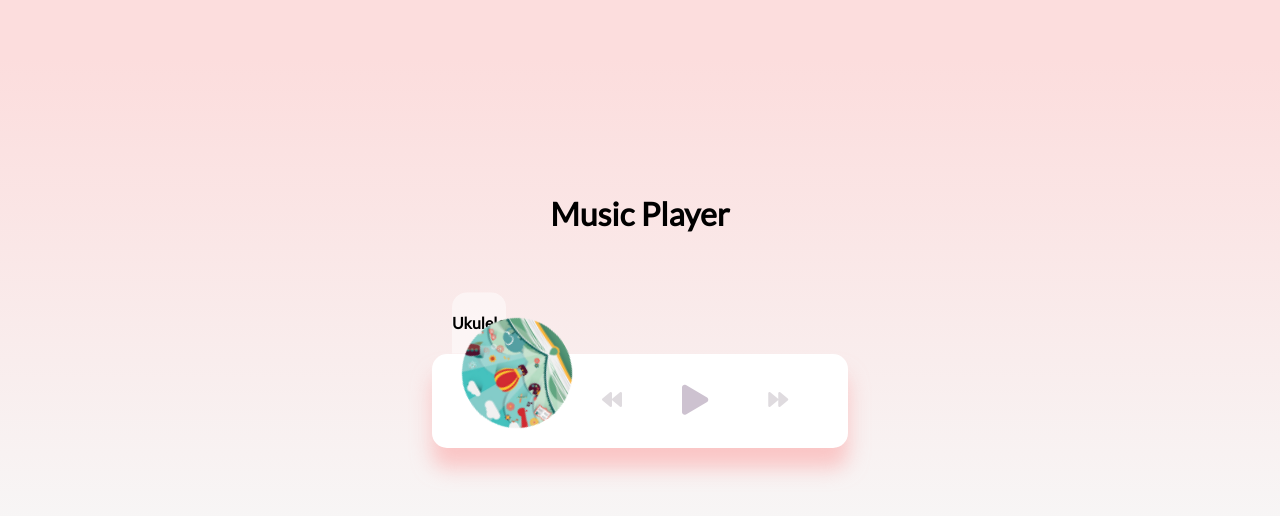
Repository: Youvelop/musicPlayer
Page: index.html
The author's editor kept a copy of each file at every save. The page is drawn from the files as they stood at one save, then again after the next save.
The browser window is 1280 px wide. The pictures show the whole page.
Some web libraries are served in a nearby version.

Above is the page before, as saved 2020-07-08 08:22:20.

### index.html
<!DOCTYPE html>
<html lang="en">
  <head>
    <meta charset="UTF-8" />
    <meta name="viewport" content="width=device-width, initial-scale=1.0" />
    <link
      rel="stylesheet"
      href="https://cdnjs.cloudflare.com/ajax/libs/font-awesome/5.10.2/css/all.min.css"
    />
    <link rel="stylesheet" href="style.css" />
    <title>Music Player</title>
  </head>
  <body>
    <h1>Music Player</h1>
    <div class="music-container play" id="music-container">
      <div class="music-info">
        <h4 id="title">Ukulele</h4>
        <div class="progress-container" id="progress-container">
          <div class="progress" id="progress"></div>
        </div>
      </div>
      <audio src="music/ukulele.mp3" id="audio"></audio>

      <div class="img-container">
        <img src="images/ukulele.jpg" id="cover" alt="music-cover" />
      </div>
      <div class="navigation">
        <button id="prev" class="action-btn">
          <i class="fas fa-backward"></i>
        </button>
        <button id="play" class="action-btn action-btn-big">
          <i class="fas fa-play"></i>
        </button>
        <button id="prev" class="action-btn">
          <i class="fas fa-forward"></i>
        </button>
      </div>
    </div>
    <script src="script.js"></script>
  </body>
</html>

### style.css
@import url('https://fonts.googleapis.com/css?family=Lato&display=swap');

* {
  box-sizing: border-box;
}

body {
  background-image: linear-gradient(
    0deg,
    rgba(247, 247, 247, 1) 23.8%,
    rgba(252, 221, 221, 1) 92%
  );
  height: 100vh;
  display: flex;
  flex-direction: column;
  align-items: center;
  justify-content: center;
  font-family: 'Lato', sans-serif;
  margin: 0;
}

.music-container {
  background-color: #fff;
  border-radius: 15px;
  box-shadow: 0 20px 20px 0 rgba(252, 169, 169, 0.6);
  display: flex;
  padding: 20px 30px;
  position: relative;
  margin: 100px 0;
  z-index: 10;
}

.img-container {
  position: relative;
  width: 110px;
}

.img-container img {
  border-radius: 50%;
  object-fit: cover;
  height: 110px;
  width: inherit;
  position: absolute;
  bottom: 0;
  left: 0;
  animation: rotate 3s linear infinite;

  animation-play-state: paused;
}

.music-container.play .img-container img {
  animation-play-state: running;
}

@keyframes rotate {
  from {
    transform: rotate(0deg);
  }

  to {
    transform: rotate(360deg);
  }
}

.navigation {
  display: flex;
  align-items: center;
  justify-content: center;
  z-index: 1;
}

.action-btn {
  background-color: #fff;
  border: 0;
  color: #dfdbdf;
  font-size: 20px;
  cursor: pointer;
  padding: 10px;
  margin: 0 20px;
}

.action-btn.action-btn-big {
  color: #cdc2d0;
  font-size: 30px;
}

.action-btn:focus {
  outline: 0;
}

.music-info {
  background-color: rgba(255, 255, 255, 0.5);
  border-radius: 15px 15px 0 0;
  position: absolute;
  top: 0;
  left: 20px;
  width: cal(100% - 40px);
  transform: translateY(0%);
  transition: transform 0.3s ease-in, opcaity 0.3s ease-in;
  z-index: 0;
}

.music-container.play .music-info {
  opacity: 1;
  transform: translateY(-100%);
}

Loaded but not shown: script.js (no copy from this time; the picture is the same without it)

After the next save:
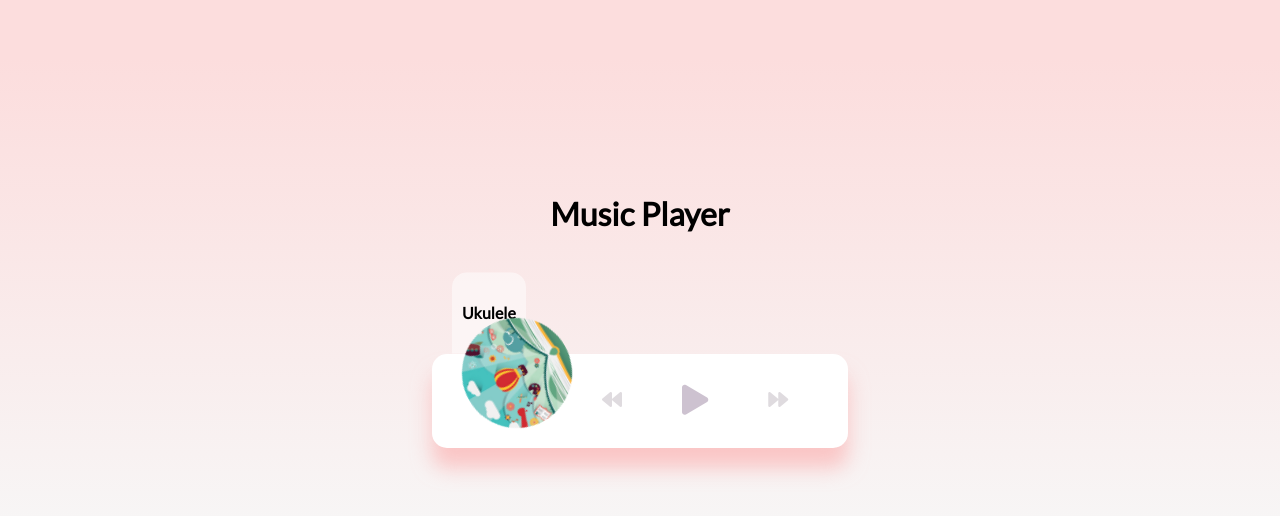
Saved 32 s later.
--- a/style.css
+++ b/style.css
@@ -95,6 +95,8 @@ body {
   top: 0;
   left: 20px;
   width: cal(100% - 40px);
+  padding: 10px 10px;
+  opacity: 0;
   transform: translateY(0%);
   transition: transform 0.3s ease-in, opcaity 0.3s ease-in;
   z-index: 0;
